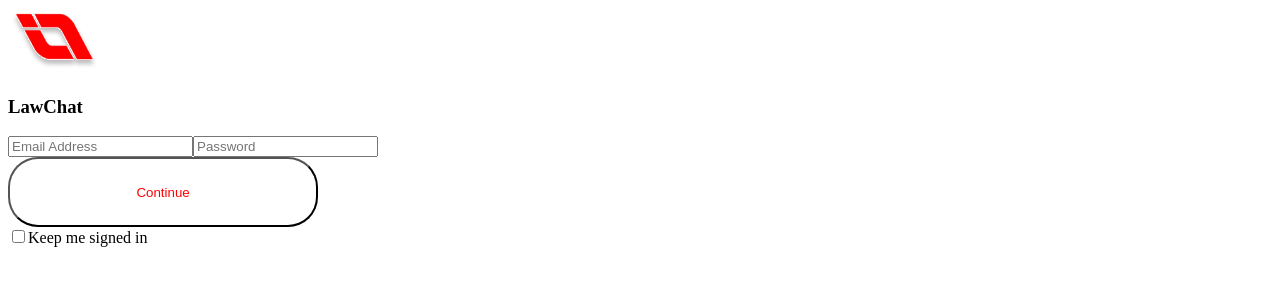
Repository: Nicktacku/LawChat
Page: / (app in lawchat/)
An editor plug-in stored every save of this project. The page is shown before and after the next save, followed by the edit.
The browser window is 1280 px wide. The pictures show the whole page.
The project was rebuilt for these pictures with package versions that can differ from the ones it lists, and the page was loaded fresh each time. Also part of the build but not shown: lawchat/src/pages/Home.js.

Above is the page before, as saved 2024-08-12 11:45:55.

### lawchat/src/App.js
import Home from "./pages/Home.js";
import Login from "./pages/Login.js";

function App() {
  return (
    <div className="App">
      <Login />
    </div>
  );
}

export default App;

### lawchat/src/pages/Login.js
import logo from "../images/logo.svg";
import Button from "../components/Button.js";

function Login() {
  return (
    <div className="container">
      <div className="login">
        <img src={logo} />
        <h3 className="h3">LawChat</h3>

        <form>
          <input type="email" placeholder="Email Address" />
          <input type="password" placeholder="Password" />
          <Button text="Continue"></Button>
          <input type="checkbox" />
          <label>Keep me signed in</label>
        </form>
      </div>
    </div>
  );
}

export default Login;

### lawchat/src/components/Button.js
import "../styles/button.css";

function Button(props) {
  return (
    <div>
      <button className="button">{props.text}</button>
    </div>
  );
}

export default Button;

### lawchat/src/styles/button.css
.button {
    border-radius: 30px;
    padding: 2% 10%;
    color: #ff0000;
    background-color: #ffffff;
}

Loaded but not shown: lawchat/public/index.html (common file); lawchat/src/index.js (common file)

After the next save:
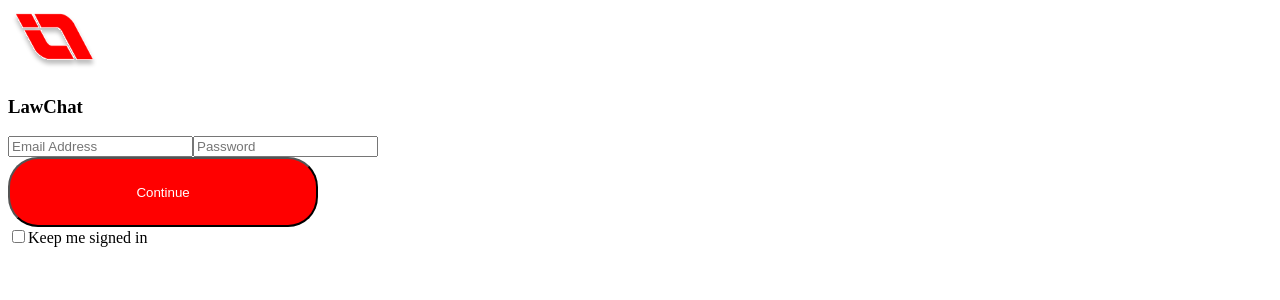
Saved 2 s later.
--- a/lawchat/src/styles/button.css
+++ b/lawchat/src/styles/button.css
@@ -1,6 +1,6 @@
 .button {
     border-radius: 30px;
     padding: 2% 10%;
-    color: #ff0000;
-    background-color: #ffffff;
+    color: #ffffff;
+    background-color: #ff0000;
 }
